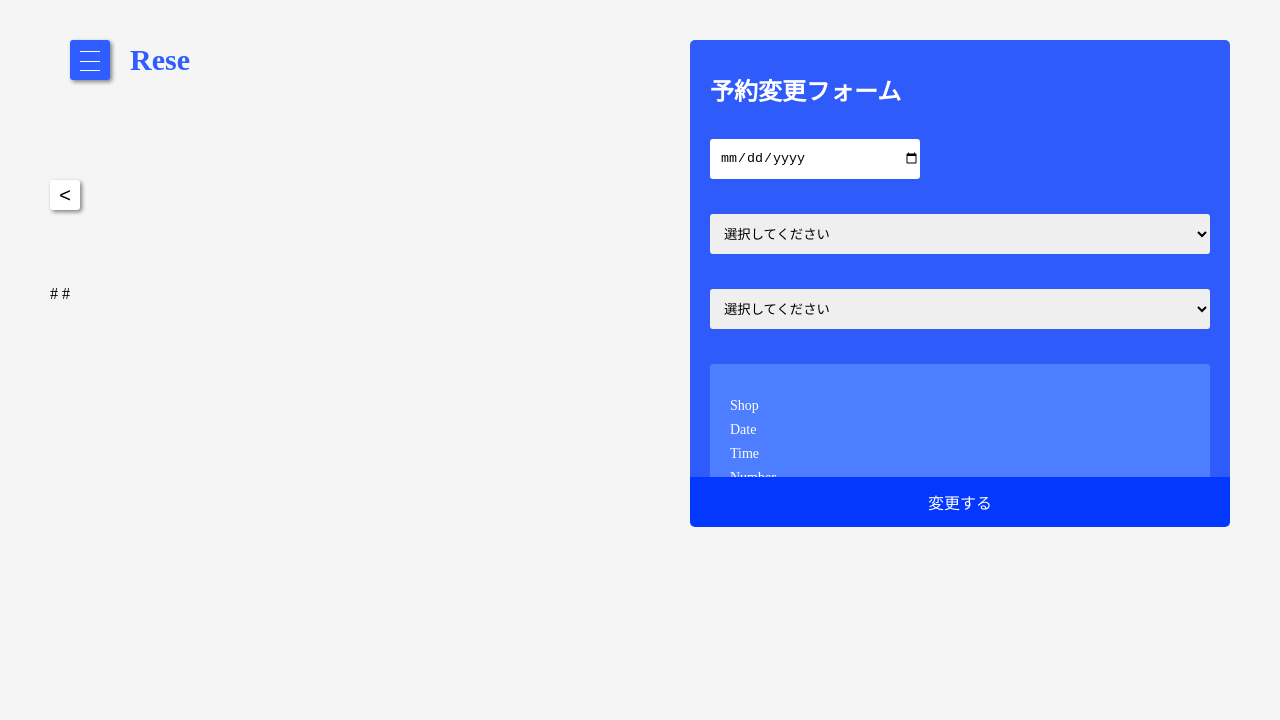
Repository: Haruka-Wada/Rese
Page: src/resources/views/edit.blade.php
An editor plug-in stored every save of this project. The page is shown before and after a run of saves, followed by the edit.
The browser window is 1280 px wide. The pictures show the whole page.
The page is served by the project's Laravel application, run on PHP 8.4 with Laravel 8. The template is opened directly, without the code that normally fills it, so the values that code supplies are empty.

Above is the page before, as saved 2024-11-19 15:30:35.

After the next 2 saves:
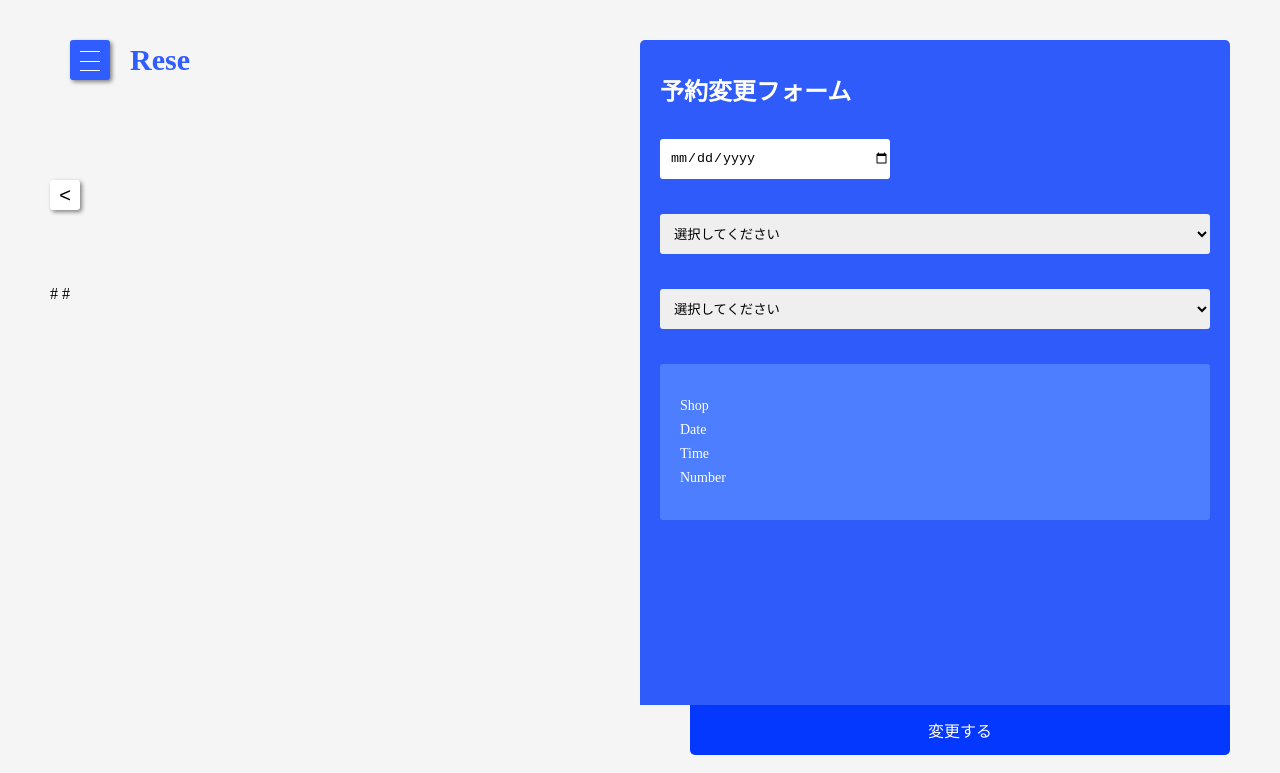
The 2 saves are shown as one change because they came seconds apart.
The last was saved 17 s later.
--- a/src/public/css/edit.css
+++ b/src/public/css/edit.css
@@ -68,9 +68,8 @@
     height: 70%;
     background-color: #2F5BFB;
     border-radius: 5px 5px 0 0;
-    padding: 20px;
-    margin: 0 50px;
-    align-self: flex-end;
+    padding: 20px 20px 160px;
+    margin-right: 50px;
 }
 
 .reservation__title {
